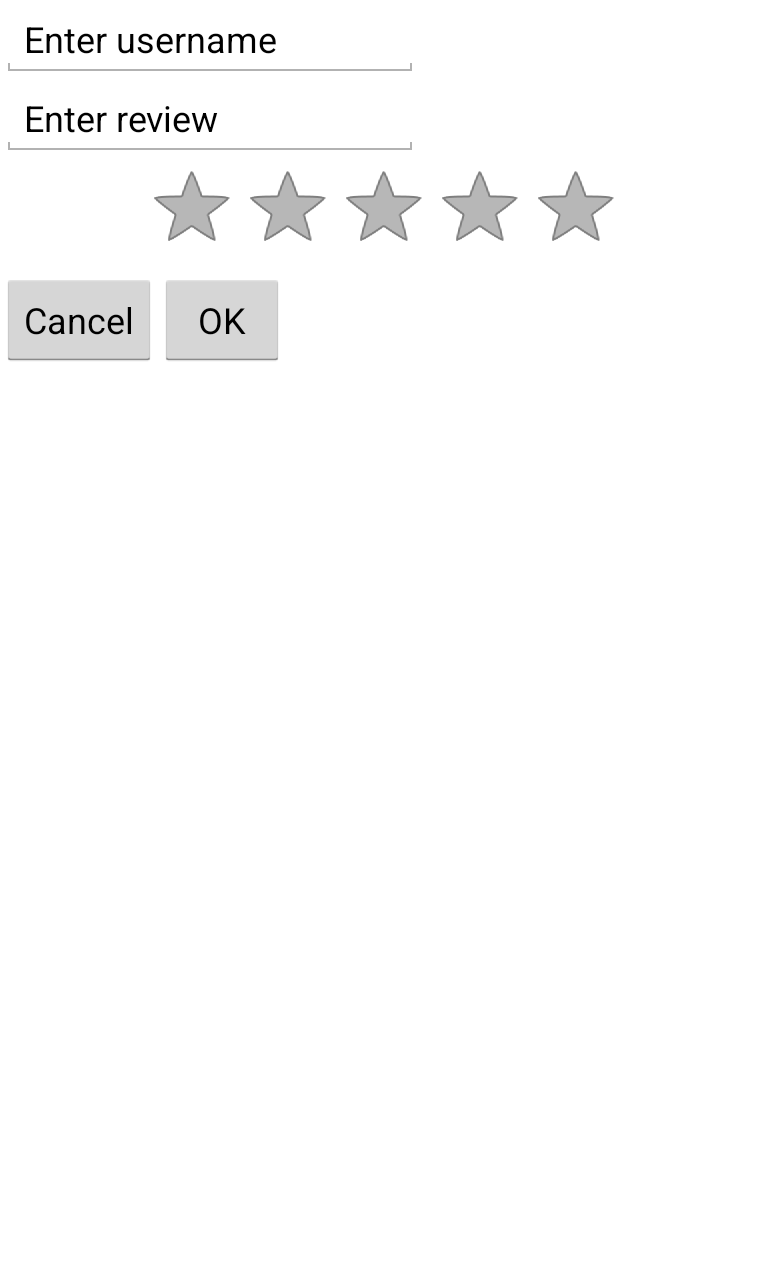
Repository: yash256/atnt
Layout: WNY Farm Fresh/res/layout/dialog.xml
An editor plug-in stored every save of this project. The layout is shown before and after the next save, followed by the edit.
It is drawn on a 768 x 1280 px phone screen (xhdpi) without system bars, with theme AppTheme; the app's code is not run.

Above is the layout before, as saved 2014-11-10 20:49:53.

After the next save:
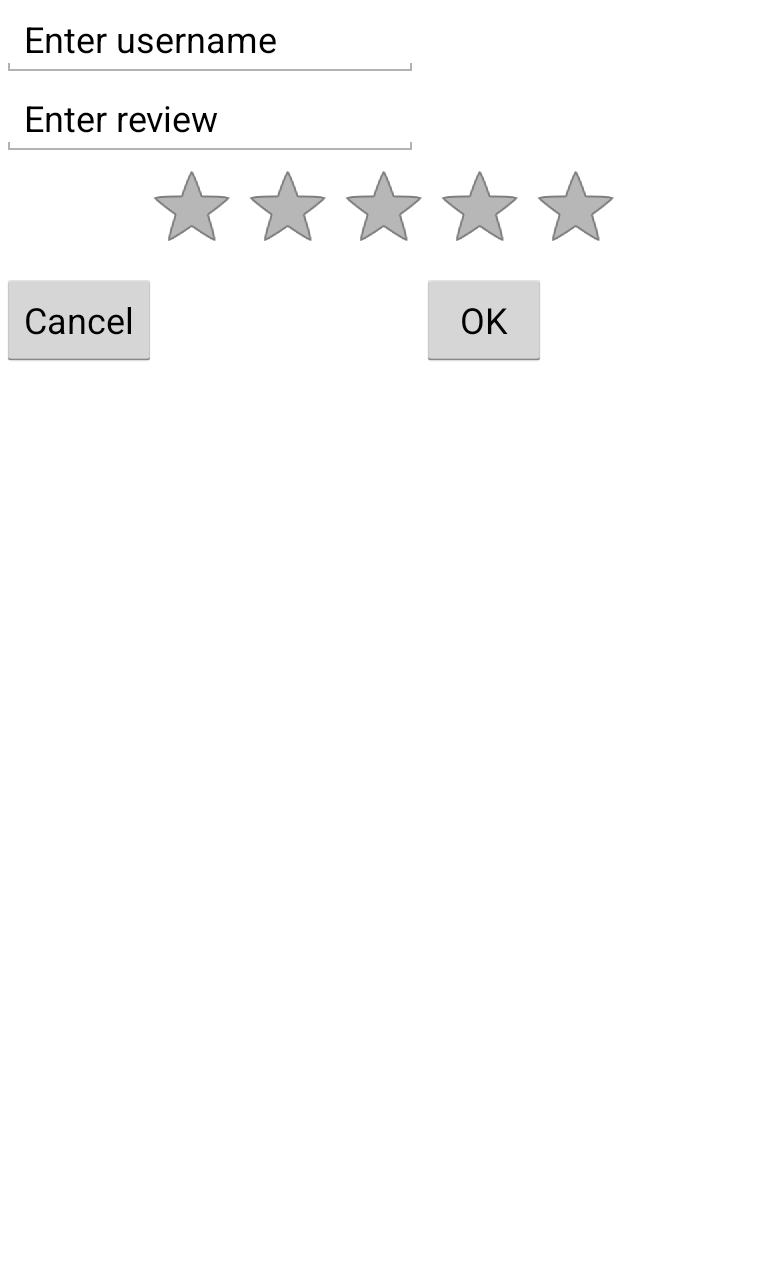
Saved 14 s later.
--- a/WNY Farm Fresh/res/layout/dialog.xml
+++ b/WNY Farm Fresh/res/layout/dialog.xml
@@ -45,7 +45,7 @@
 
     <Button
         android:id="@+id/ok_review"
-        android:layout_column="5"
+        android:layout_column="7"
         android:layout_gravity="left|top"
         android:layout_row="3"
         android:text="@string/ok" />
